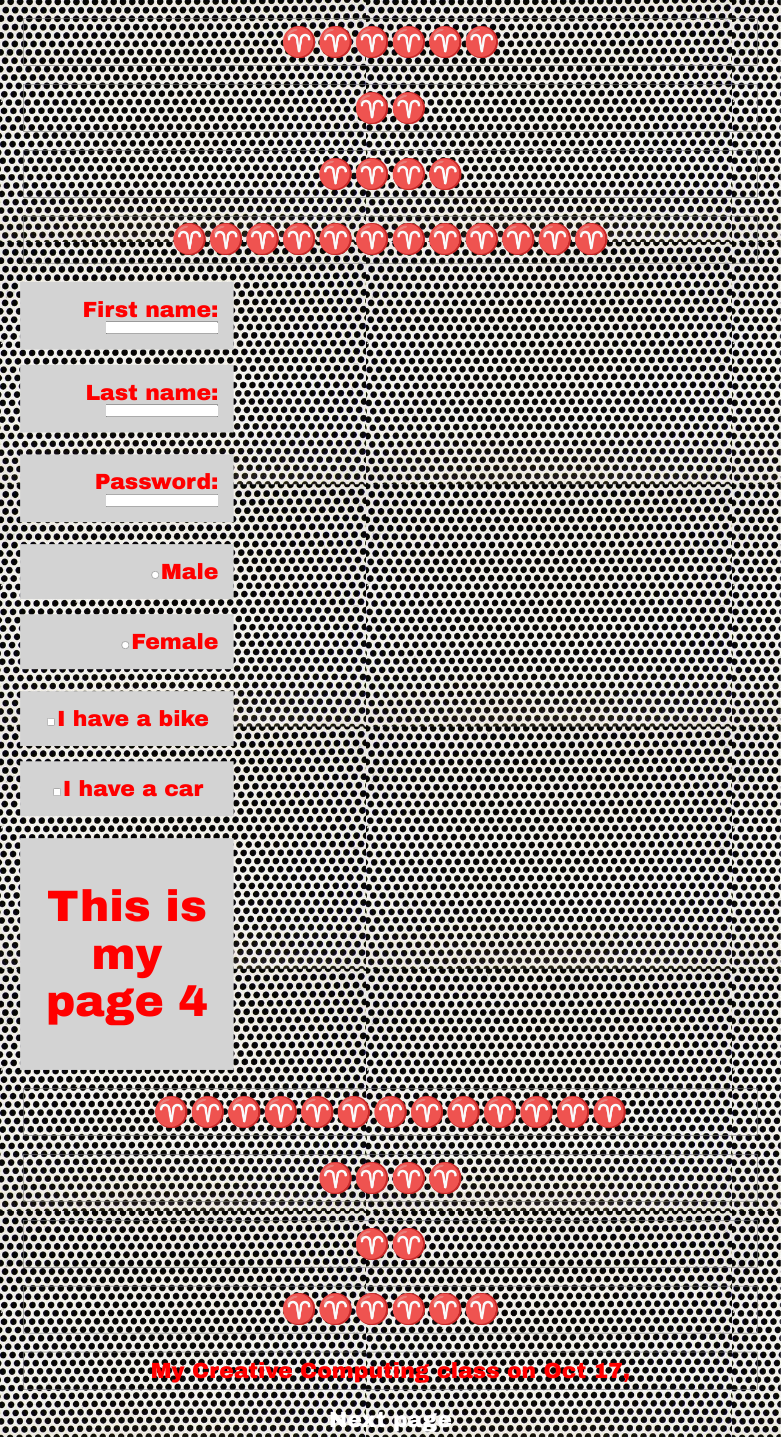
Repository: jangj879/jangj879.github.io
Page: 4_page.html
The author's editor kept a record of every edit. The page is drawn from the files as they stood at one moment, then again after the next edit.
The browser window is 1280 px wide. The pictures show the whole page, at 61% of full size.

Above is the page before.

### 4_page.html
<html>
	<head>

	    <title>My forth page</title>

	    <link href="style4.css" rel="stylesheet">

    </head>
    <P><font size=100>&#9800;&#9800;&#9800;&#9800;&#9800;&#9800;</font></P>
    <P><font size=100>&#9800;&#9800;</font></P>
    <P><font size=100>&#9800;&#9800;&#9800;&#9800;</font></P>
    <P><font size=100>&#9800;&#9800;&#9800;&#9800;&#9800;&#9800;&#9800;&#9800;&#9800;&#9800;&#9800;&#9800;</font></P>

	<body>
        <form>
        <div align=right>First name: <input type="text" name="firstname"><br></div>
        <div align=right>Last name: <input type="text" name="lastname"></div>
        </form>
            <form>
            <div align=right>Password: <input type="password" name="pwd"></div>
            </form>
            <form>
    <div align=right><input type="radio" name="sex" value="male">Male<br></div>
    <div align=right><input type="radio" name="sex" value="female">Female</div>
    </form>

    <form>
    <div align=center><input type="checkbox" name="vehicle" value="Bike">I have a bike<br></div>
    <div align=center><input type="checkbox" name="vehicle" value="Car">I have a car</div>
    </form>



    <head>
<style>
p {
    border:1px solid grey;
    padding:10px;
    margin:30px;
}
</style>
</head>
<body>

<div align=center><h1>This is my page 4</h1></div>
        <P><font size=100>&#9800;&#9800;&#9800;&#9800;&#9800;&#9800;&#9800;&#9800;&#9800;&#9800;&#9800;&#9800;&#9800;</font></P>
        <P><font size=100>&#9800;&#9800;&#9800;&#9800;</font></P>
        <P><font size=100>&#9800;&#9800;</font></P>
         <P><font size=100>&#9800;&#9800;&#9800;&#9800;&#9800;&#9800;</font></P>
</style>
</body>
	</body>

    <p>My Creative Computing class on <time datetime="2014-10-17 12:10">Oct 17</time>,</p>

    <a href="5_page">Next page</a>








</html>

### style4.css
body {
    background-image: dotdot;
    color: red;
    font-size: 36px;
    font-family: Arial Black;
    text-align: center;
}
body  {
    background-image: url("dotdot.jpg");
}


p {
    margin: 100px;
    border:10px solid grey;
    padding:10px;
    margin:30px;
}

.paragraph2 {
    color: #5ef645;
}

.one {
    width: 200px;
    height: 200px;
    background-color: yellow;
    position: fixed;
    bottom: 20px;
    right: 100px;
    border-radius: 100px;
    border: solid red 10px
}

.one:hover {
    background-color: lime;
}

a:link {
    color: white;
    text-decoration: none;
}

a:hover {
    color: red;
}
.img {
    content: icon;
    icon: url(icon2.png);
    border-radius: 100%;
}
div {
    background-color: lightgrey;
    width: 300px;
    padding: 25px;
    border: 25px black;
    margin: 25px;
}



</html>

After the next edit:
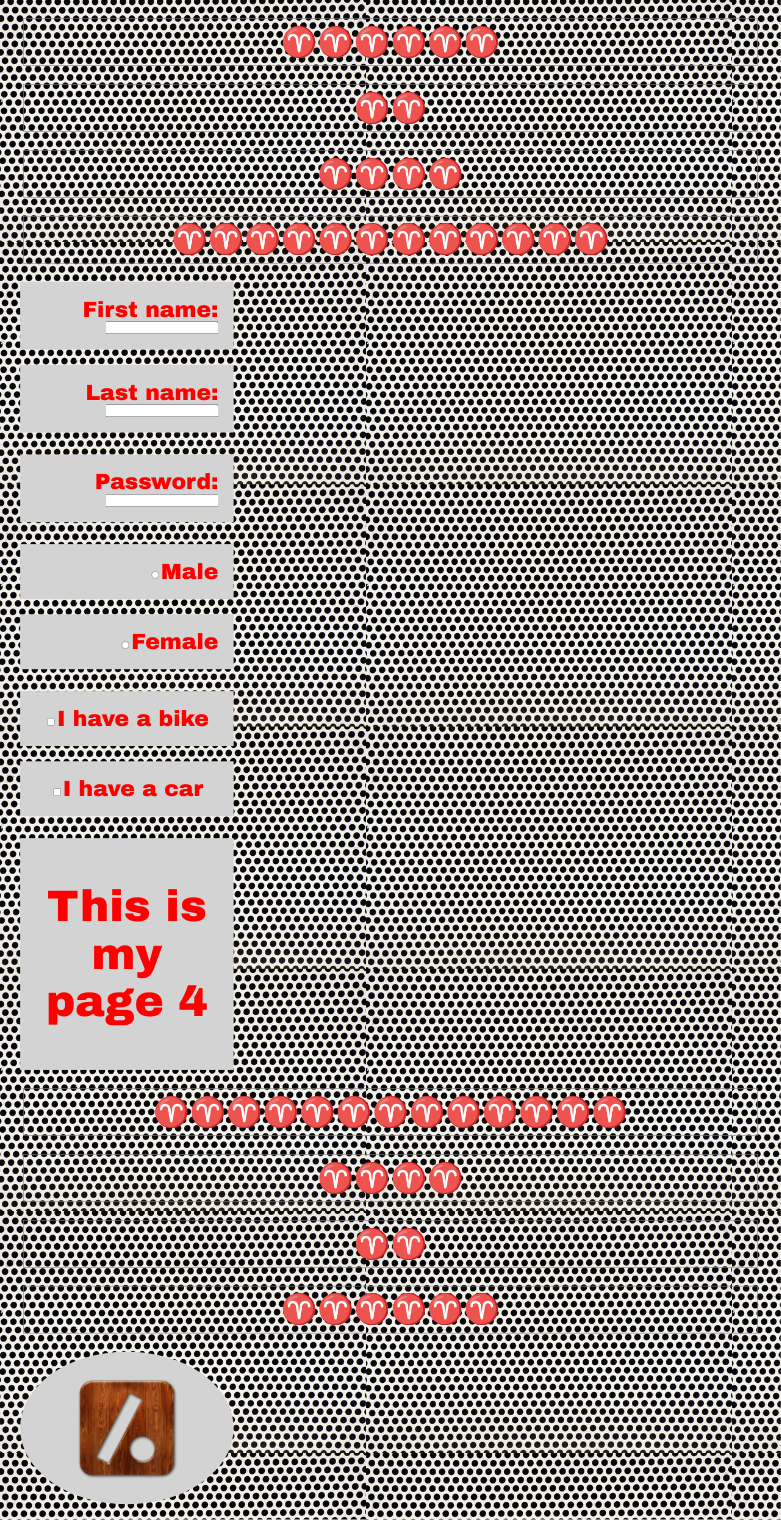
The edit:
--- a/4_page.html
+++ b/4_page.html
@@ -51,9 +51,10 @@
 </body>
 	</body>
 
-    <p>My Creative Computing class on <time datetime="2014-10-17 12:10">Oct 17</time>,</p>
+    <div class="img"><center>
+    <a target="_blank" href="5_page"><img src="icon2.png" alt="Klematis" width="200" height="200"></a></center>
+    </div>
 
-    <a href="5_page">Next page</a>
 
 
 
